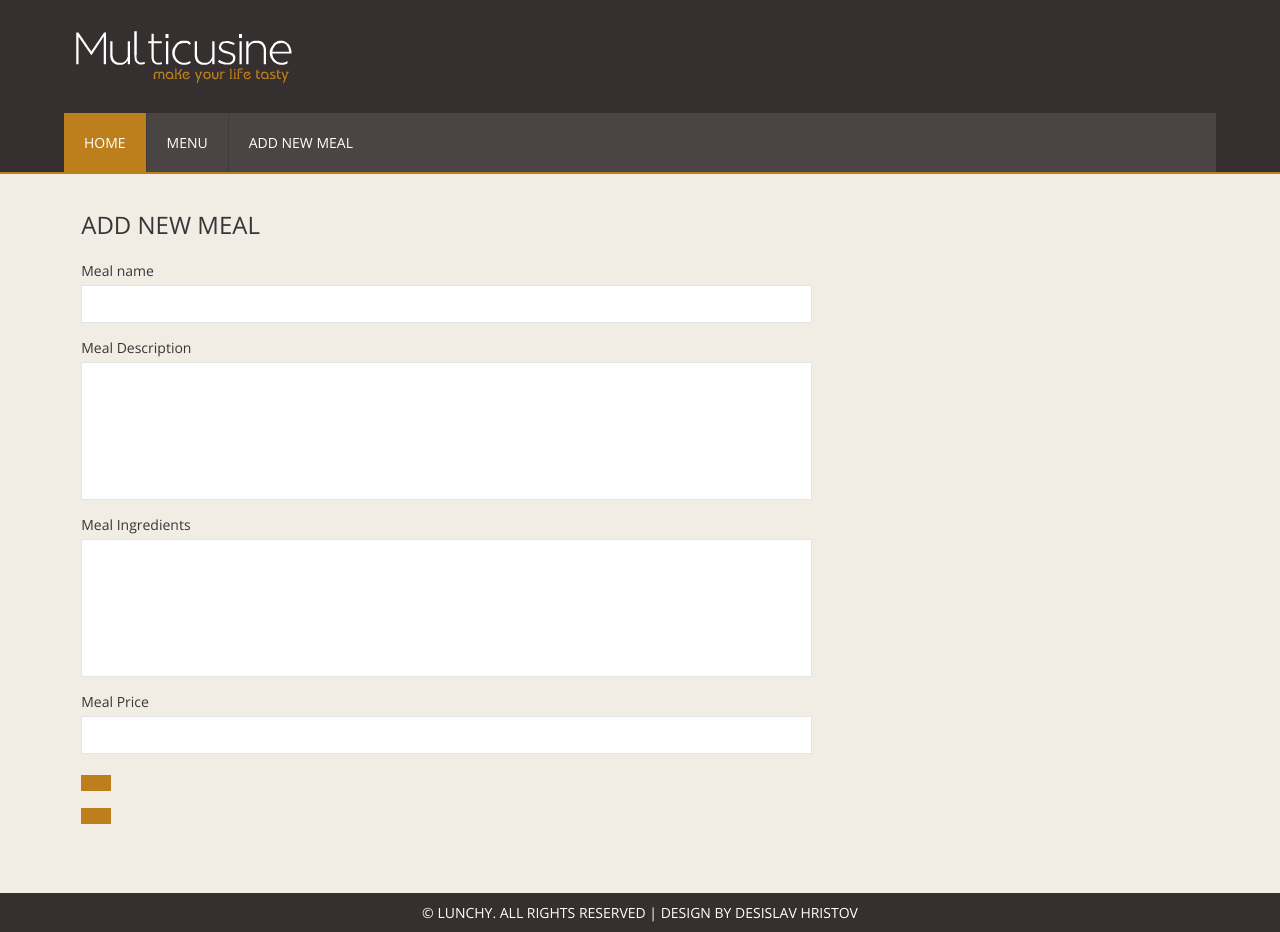
Repository: desso919/lunchy
Page: http://localhost/Lunchy/web/AddNewMealPage.jsp
These files come from the project's save history. The page is drawn as it stood at one moment and after the next save; the edit follows.
The browser window is 1280 px wide. The pictures show the whole page.
The page is served by Tomcat 9. Nobody is signed in. The application's start-up code is not run.

Above is the page before, as saved 2018-01-13 22:44:43.

After the next save:
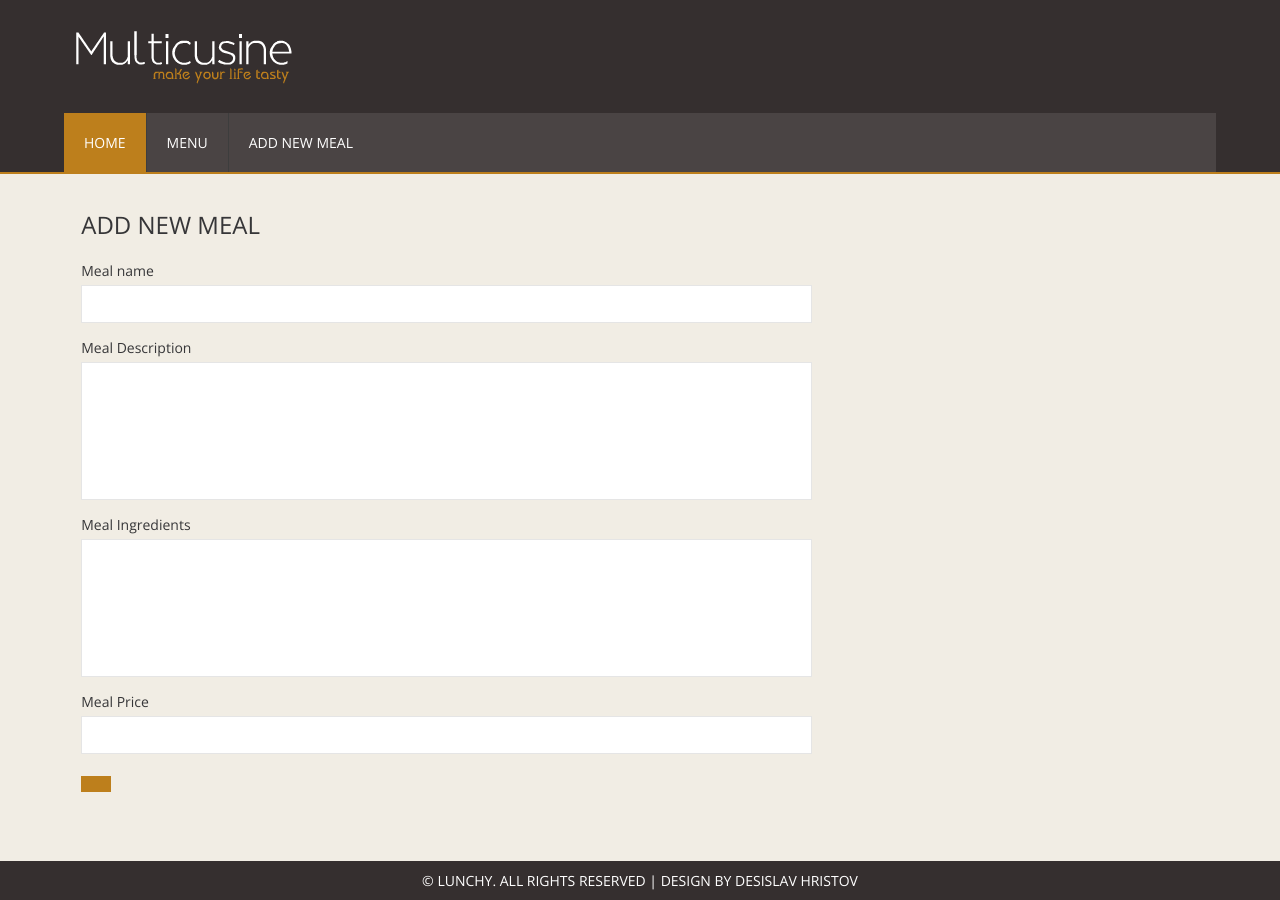
Saved 11 s later.
--- a/Lunchy/WebContent/web/AddNewMealPage.jsp
+++ b/Lunchy/WebContent/web/AddNewMealPage.jsp
@@ -62,10 +62,6 @@
 									name="price" type="text" class="textbox"></span>
 							</div>
 
-							<div>
-								<button type="submit" class="mybutton" value="Add Meal"></button>
-							</div>
-
 							   <div>
 						   		<span><button type="submit" class="mybutton" value="Submit"></span>
 						  </div>
